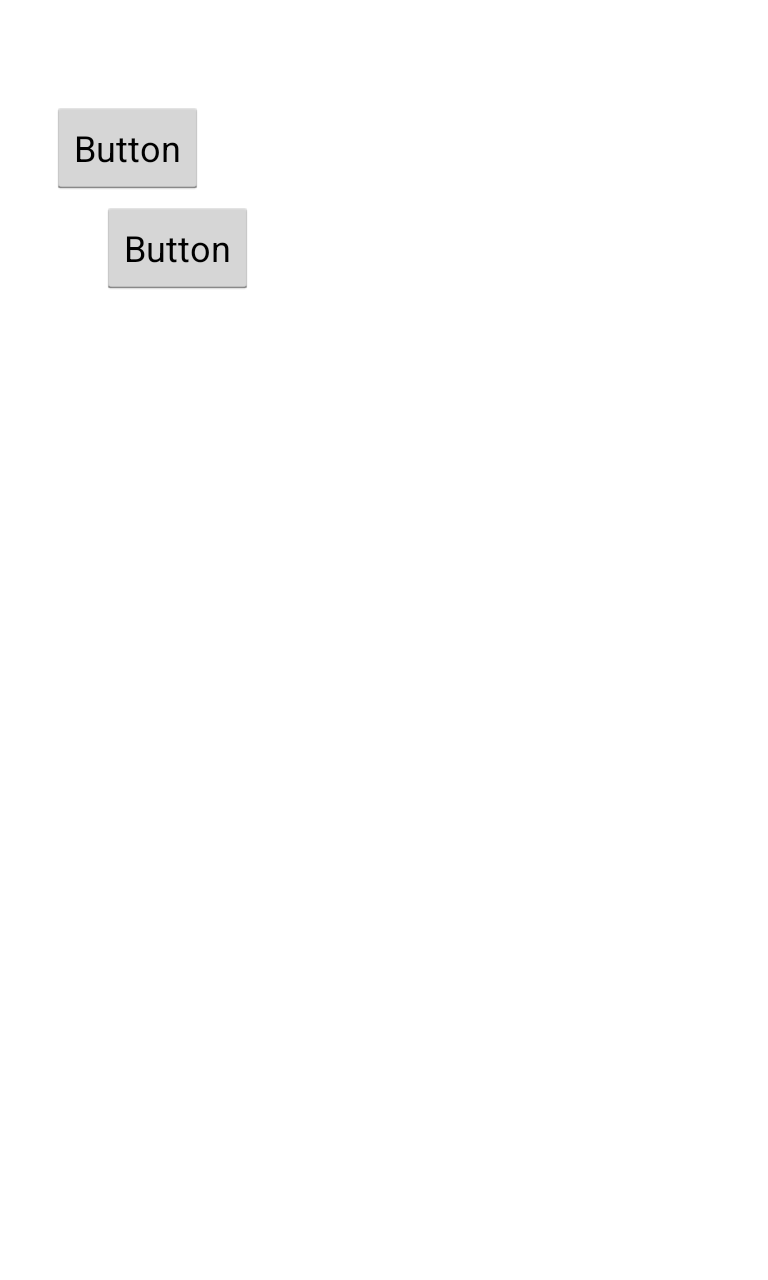
Repository: qq839924354/day01
Layout: code/Layout/res/layout/size.xml
The author's editor kept a copy of each file at every save. The layout is drawn from the files as they stood at one save, then again after the next save.
It is drawn on a 768 x 1280 px phone screen (xhdpi) without system bars, with theme AppTheme; the app's code is not run.

Above is the layout before, as saved 2013-02-28 08:53:08.

After the next save:
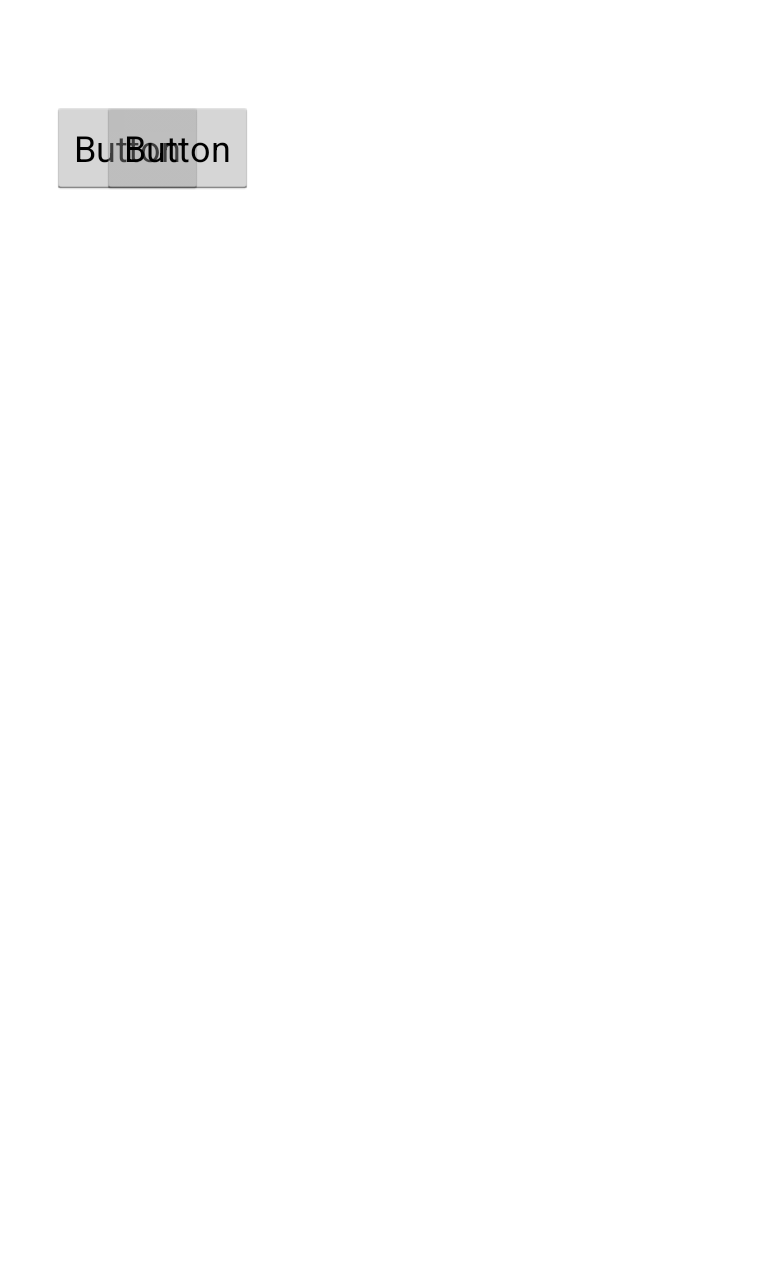
Saved 5 s later.
--- a/code/Layout/res/layout/size.xml
+++ b/code/Layout/res/layout/size.xml
@@ -16,7 +16,7 @@
         android:layout_width="wrap_content"
         android:layout_height="wrap_content"
         android:layout_x="100px"
-        android:layout_y="100dp"
+        android:layout_y="100px"
         android:text="Button" />
 
 </AbsoluteLayout>
